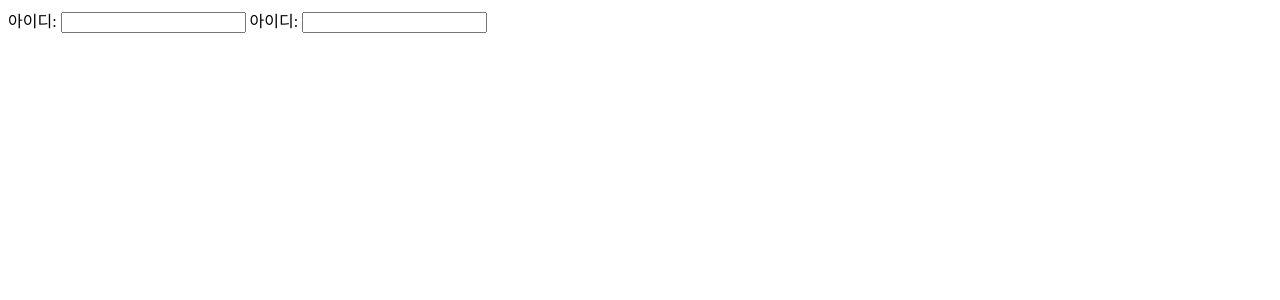
Repository: zoselakt/My_practice_JSP
Page: http://localhost/day08/login.jsp
An editor plug-in stored every save of this project. The page is shown before and after the next save, followed by the edit.
The browser window is 1280 px wide. The pictures show the whole page.
The page is served by Tomcat 9. Other server files are loaded and not shown.

Above is the page before, as saved 2022-03-03 12:08:11.

### day08/WebContent/login.jsp
<%@ page language="java" contentType="text/html; charset=UTF-8"
    pageEncoding="UTF-8"%>
<!DOCTYPE html>
<html>
<head>
<meta charset="UTF-8">
<title>Insert title here</title>
</head>
<body>
	<form action="">
		<label>
			아이디: <input type="text" name="id">
		</label>

		<label>
			아이디: <input type="text" name="id">
		</label>
	</form>
</body>
</html>

After the next save:
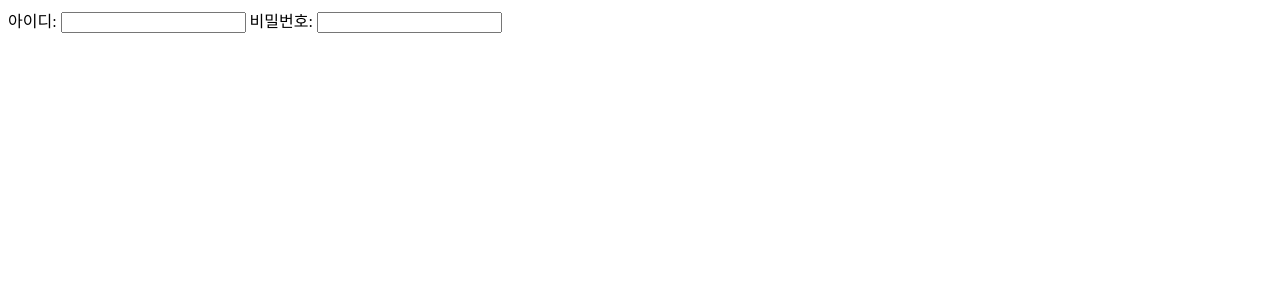
Saved 4 s later.
--- a/day08/WebContent/login.jsp
+++ b/day08/WebContent/login.jsp
@@ -13,7 +13,7 @@
 		</label>
 
 		<label>
-			아이디: <input type="text" name="id">
+			비밀번호: <input type="text" name="id">
 		</label>
 	</form>
 </body>
